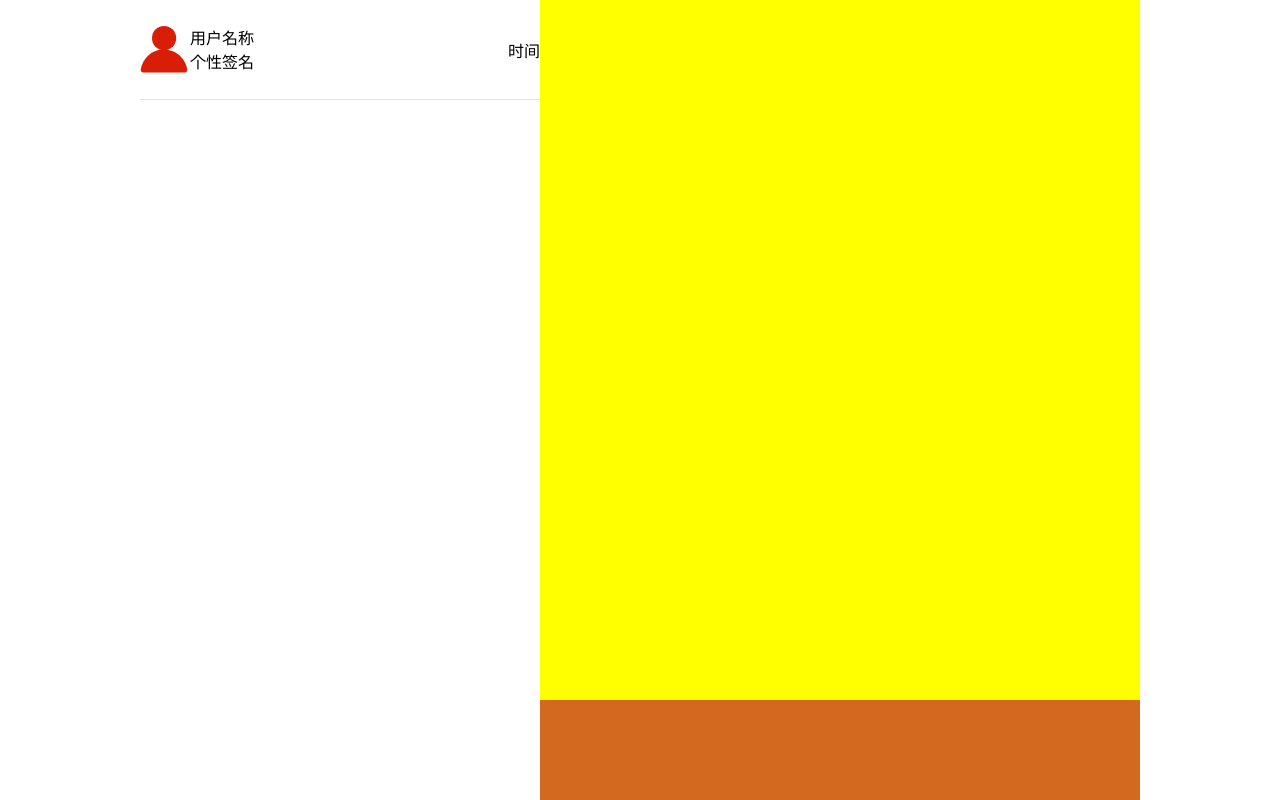
Repository: jinggegeZ/livechat
Page: /
The author's editor kept a copy of each file at every save. The page is drawn from the files as they stood at one save, then again after the next save.
The browser window is 1280 px wide. The pictures show the whole page.
The project was rebuilt for these pictures with package versions that can differ from the ones it lists, and the page was loaded fresh each time.

Above is the page before, as saved 2020-08-17 11:08:18.

### src/App.vue
<template>
  <div id="app">

    <router-view/>
  </div>
</template>

<style lang="scss">
*{
  margin: 0;
  padding: 0;
}
</style>

### src/views/Home.vue
<template>
 <div class="content">
    <div class="content-c">
      <div class="box">
        <!-- 用户信息 -->
        <div class="box1">
          <div class="box1-1">
            <div class="box1-1-1">
              <!-- 头像 -->
            <div class="img">
              <img  src="../../public/image/active-my.png" alt="">
            </div>
            <!-- 用户信息 -->
            <div>
              <div>用户名称</div>
              <div>个性签名</div>
            </div>
            </div>
            <!-- 时间 -->
            <div>
              时间
            </div>
            </div>
        </div>
         <!-- 聊天信息 -->
        <div class="box2">
          <div class="box2-1"></div>
          <div class="box2-2"></div>
        </div>
      </div>
    </div>
 </div>
</template>

<script>
 export default {
   name: '',
   props: {
   },
   components: {

   },
   data () {
     return {

     }
   },
   methods: {

   },
   mounted() {

   },
   watch: {

   },
   computed: {

   }
 }
</script>

<style scoped lang='scss'>
.content {
  width: 100%;
  display: flex;
  justify-content: center;
}
.content-c {
  width: 95%;
  display: flex;
  justify-content: center;
  align-items: center;
}
.box {
  width: 1000px;
  height: 800px;
  background: white;
  display: flex;

}
.box1 {
  flex: 4;
  height: 100%;
}
.box1-1 {
  width: 100%;
  height: 99px;
  border-bottom: 1px solid rgb(228,228,228);
  display: flex;
  align-items: center;
  justify-content: space-between;
}
.box1-1-1 {
  display: flex;
}
.img {
  width: 50px;
  height: 50px;
  border-radius: 50%;
}
.box2 {
  flex: 6;
  height: 100%;
  background: yellow;
  position: relative;
}
.box2-2 {
  position: absolute;
  bottom: 0;
  width: 100%;
  height: 100px;
  background: chocolate;
  z-index: 1;
}
</style>

Loaded but not shown: public/index.html (common file); src/main.js (common file); src/router/index.js (common file); src/store/index.js (common file)

After the next save:
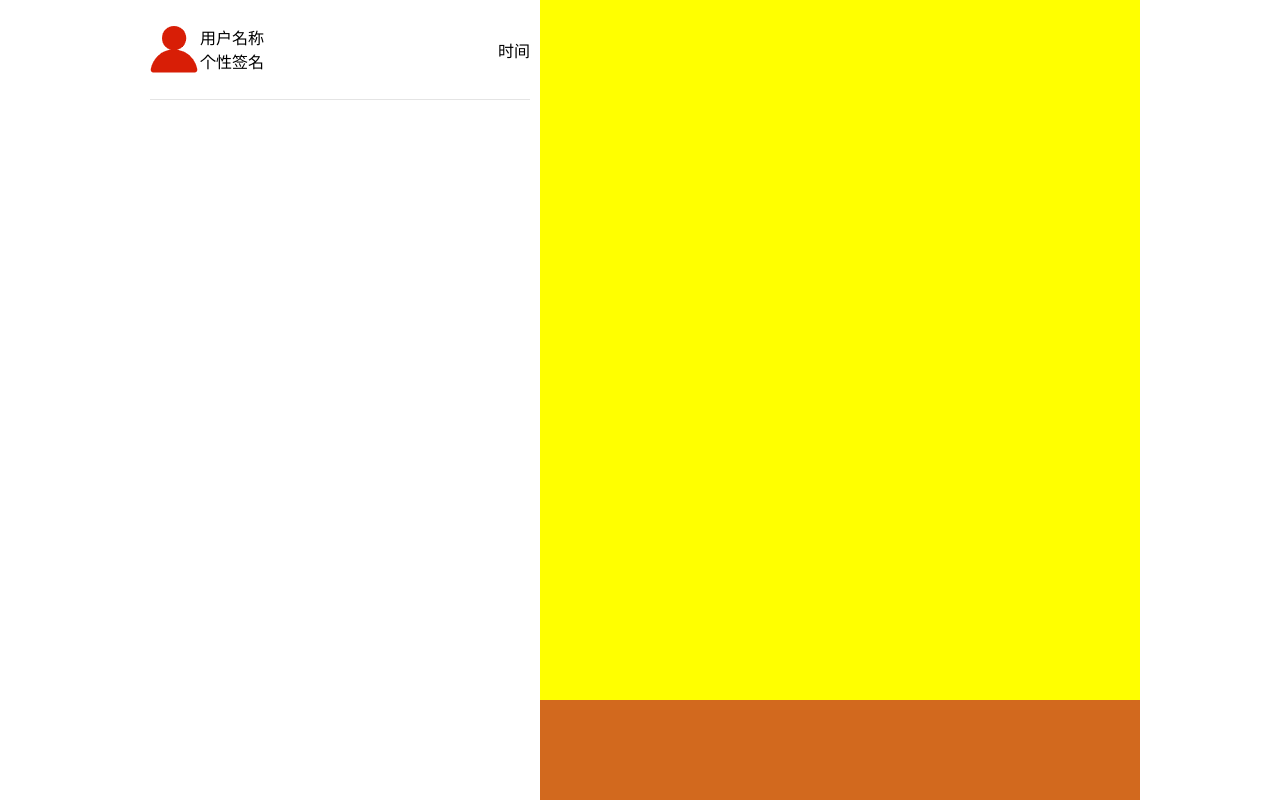
Saved 75 s later.
--- a/src/views/Home.vue
+++ b/src/views/Home.vue
@@ -1,5 +1,5 @@
 <template>
- <div class="content">
+  <div class="content">
     <div class="content-c">
       <div class="box">
         <!-- 用户信息 -->
@@ -7,57 +7,42 @@
           <div class="box1-1">
             <div class="box1-1-1">
               <!-- 头像 -->
-            <div class="img">
-              <img  src="../../public/image/active-my.png" alt="">
-            </div>
-            <!-- 用户信息 -->
-            <div>
-              <div>用户名称</div>
-              <div>个性签名</div>
-            </div>
+              <div class="img">
+                <img src="../../public/image/active-my.png" alt />
+              </div>
+              <!-- 用户信息 -->
+              <div>
+                <div>用户名称</div>
+                <div>个性签名</div>
+              </div>
             </div>
             <!-- 时间 -->
-            <div>
-              时间
-            </div>
-            </div>
+            <div>时间</div>
+          </div>
         </div>
-         <!-- 聊天信息 -->
+        <!-- 聊天信息 -->
         <div class="box2">
           <div class="box2-1"></div>
           <div class="box2-2"></div>
         </div>
       </div>
     </div>
- </div>
+  </div>
 </template>
 
 <script>
- export default {
-   name: '',
-   props: {
-   },
-   components: {
-
-   },
-   data () {
-     return {
-
-     }
-   },
-   methods: {
-
-   },
-   mounted() {
-
-   },
-   watch: {
-
-   },
-   computed: {
-
-   }
- }
+export default {
+  name: "",
+  props: {},
+  components: {},
+  data() {
+    return {};
+  },
+  methods: {},
+  mounted() {},
+  watch: {},
+  computed: {},
+};
 </script>
 
 <style scoped lang='scss'>
@@ -77,16 +62,17 @@
   height: 800px;
   background: white;
   display: flex;
-
 }
 .box1 {
   flex: 4;
   height: 100%;
+  display: flex;
+  justify-content: center;
 }
 .box1-1 {
-  width: 100%;
+  width: 95%;
   height: 99px;
-  border-bottom: 1px solid rgb(228,228,228);
+  border-bottom: 1px solid rgb(228, 228, 228);
   display: flex;
   align-items: center;
   justify-content: space-between;
